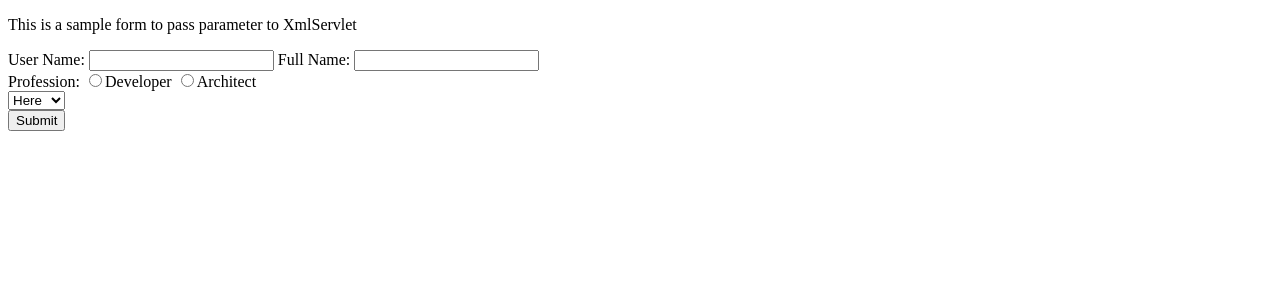
Repository: baijuachari/Servlet-JSPs
Page: SimpleServlet/WebContent/SampleForm.html
An editor plug-in stored every save of this project. The page is shown before and after the next save, followed by the edit.
The browser window is 1280 px wide. The pictures show the whole page.

Above is the page before, as saved 2016-07-10 21:04:36.

### SimpleServlet/WebContent/SampleForm.html
<!DOCTYPE html>
<html>
<head>
<meta charset="ISO-8859-1">
<title>Simple Form to pass parameter to servlet</title>
</head>
<body>
	<form method="post" action="xmlServletPath">
		<p>This is a sample form to pass parameter to XmlServlet</p>
		User Name: <input name="userName" />
		Full Name: <input name="fullName" />
		<br>
		Profession:
		<input type="radio" name="prof" value="Developer">Developer </input>
		<input type="radio" name="prof" value="Architect">Architect </input>
		<br>
		<select name="location">
			<option value="here">Here</option>
			<option value="there">There</option>
		</select>
		<br>
		<input type="submit" />
	</form>
</body>
</html>

After the next save:
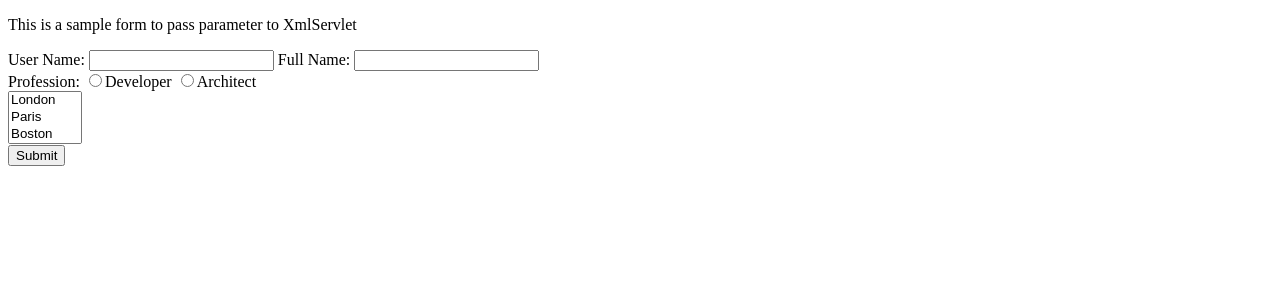
Saved 3 min 28 s later.
--- a/SimpleServlet/WebContent/SampleForm.html
+++ b/SimpleServlet/WebContent/SampleForm.html
@@ -14,9 +14,13 @@
 		<input type="radio" name="prof" value="Developer">Developer </input>
 		<input type="radio" name="prof" value="Architect">Architect </input>
 		<br>
-		<select name="location">
-			<option value="here">Here</option>
-			<option value="there">There</option>
+		<select name="location" multiple size=3>
+			<option value="london">London</option>
+			<option value="paris">Paris</option>
+			<option value="boston">Boston</option>
+			<option value="amsterdam">Amsterdam</option>
+			<option value="argentina">Argentina</option>
+			<option value="peru">Peru</option>
 		</select>
 		<br>
 		<input type="submit" />
